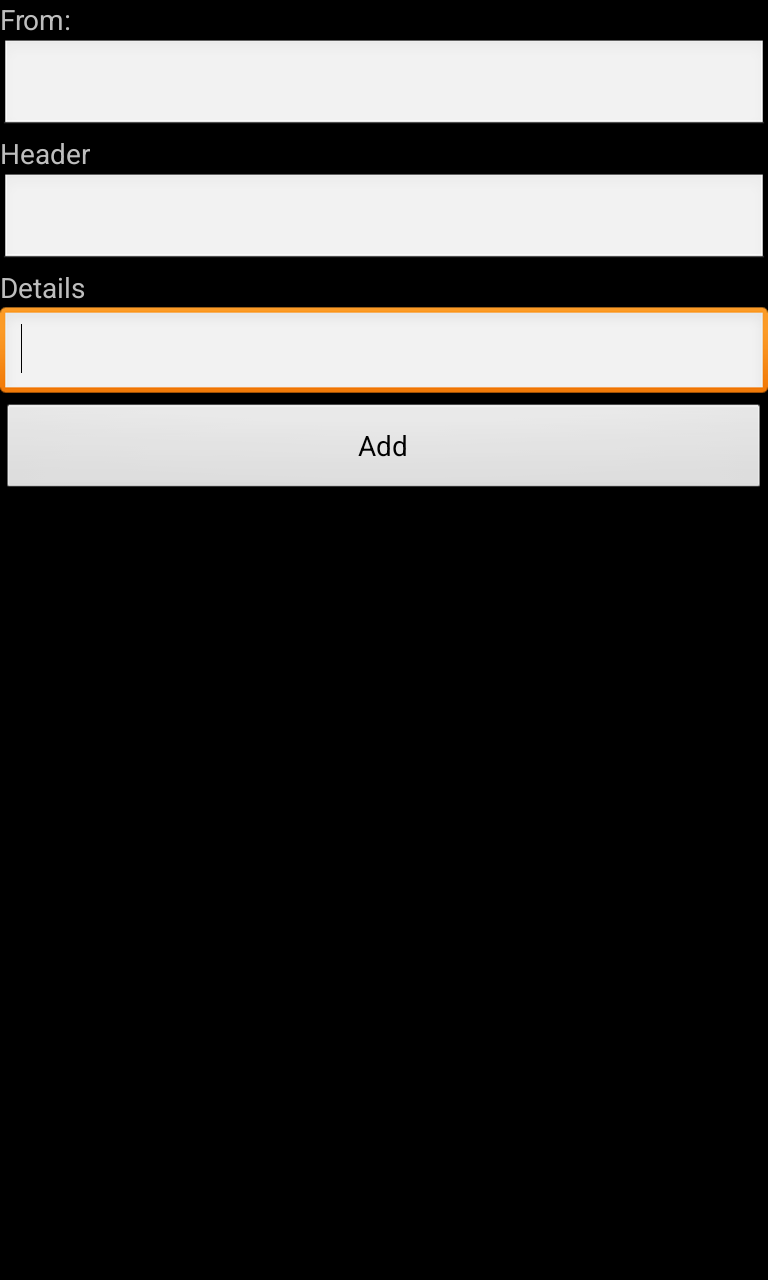
Repository: lcbasu/android
Layout: adt/M Notice/res/layout/detailed_admin.xml
These files come from the project's save history. The layout is drawn as it stood at one moment and after the next save; the edit follows.
It is drawn on a 768 x 1280 px phone screen (xhdpi) without system bars, with theme android:Theme; the app's code is not run.

Above is the layout before, as saved 2014-05-02 09:23:54.

After the next save:
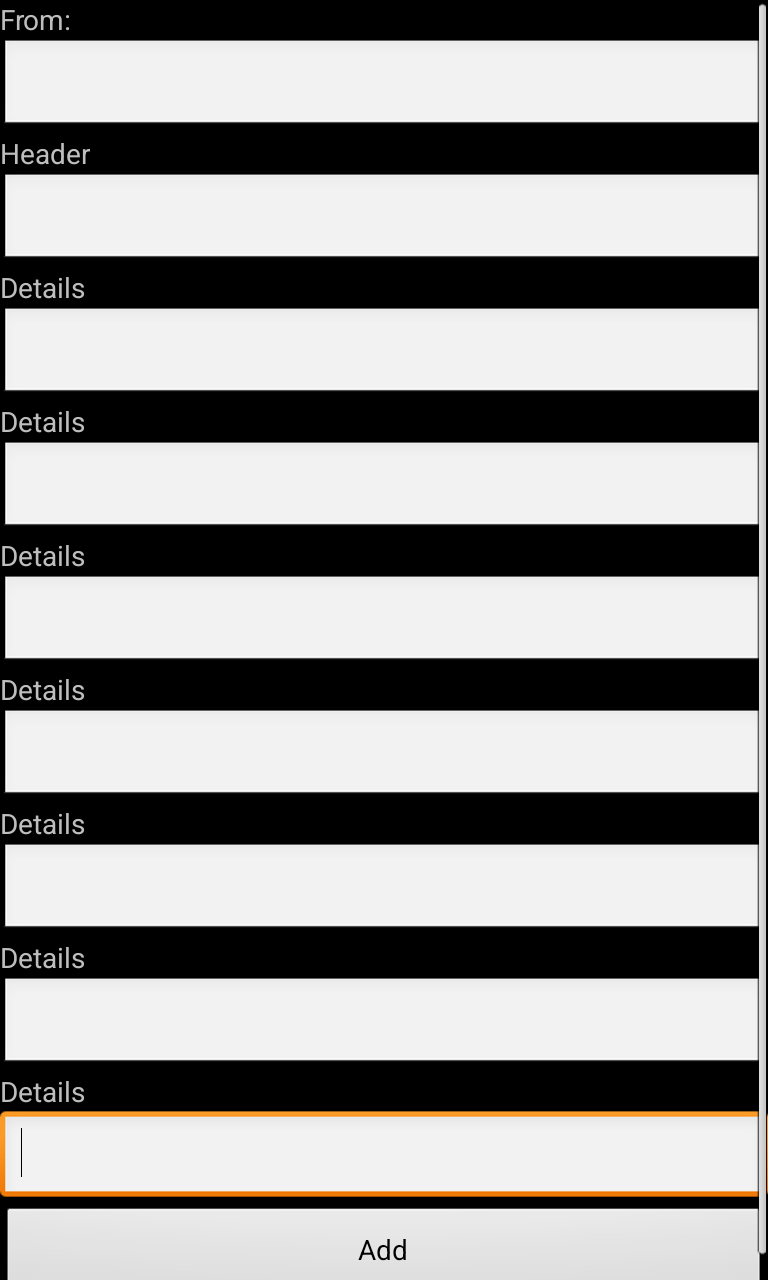
Saved 25 s later.
--- a/adt/M Notice/res/layout/detailed_admin.xml
+++ b/adt/M Notice/res/layout/detailed_admin.xml
@@ -55,6 +55,111 @@
         <requestFocus />
     </EditText>
 
+        <TextView
+        android:id="@+id/detail"
+        android:layout_width="wrap_content"
+        android:layout_height="wrap_content"
+        android:text="Details" />
+
+    <EditText
+        android:id="@+id/editDetail"
+        android:layout_width="match_parent"
+        android:layout_height="wrap_content"
+        android:ems="10"
+        android:inputType="textMultiLine" >
+
+        <requestFocus />
+    </EditText>
+
+
+        <TextView
+        android:id="@+id/detail"
+        android:layout_width="wrap_content"
+        android:layout_height="wrap_content"
+        android:text="Details" />
+
+    <EditText
+        android:id="@+id/editDetail"
+        android:layout_width="match_parent"
+        android:layout_height="wrap_content"
+        android:ems="10"
+        android:inputType="textMultiLine" >
+
+        <requestFocus />
+    </EditText>
+
+
+        <TextView
+        android:id="@+id/detail"
+        android:layout_width="wrap_content"
+        android:layout_height="wrap_content"
+        android:text="Details" />
+
+    <EditText
+        android:id="@+id/editDetail"
+        android:layout_width="match_parent"
+        android:layout_height="wrap_content"
+        android:ems="10"
+        android:inputType="textMultiLine" >
+
+        <requestFocus />
+    </EditText>
+
+
+
+        <TextView
+        android:id="@+id/detail"
+        android:layout_width="wrap_content"
+        android:layout_height="wrap_content"
+        android:text="Details" />
+
+    <EditText
+        android:id="@+id/editDetail"
+        android:layout_width="match_parent"
+        android:layout_height="wrap_content"
+        android:ems="10"
+        android:inputType="textMultiLine" >
+
+        <requestFocus />
+    </EditText>
+
+
+        <TextView
+        android:id="@+id/detail"
+        android:layout_width="wrap_content"
+        android:layout_height="wrap_content"
+        android:text="Details" />
+
+    <EditText
+        android:id="@+id/editDetail"
+        android:layout_width="match_parent"
+        android:layout_height="wrap_content"
+        android:ems="10"
+        android:inputType="textMultiLine" >
+
+        <requestFocus />
+    </EditText>
+
+
+
+        <TextView
+        android:id="@+id/detail"
+        android:layout_width="wrap_content"
+        android:layout_height="wrap_content"
+        android:text="Details" />
+
+    <EditText
+        android:id="@+id/editDetail"
+        android:layout_width="match_parent"
+        android:layout_height="wrap_content"
+        android:ems="10"
+        android:inputType="textMultiLine" >
+
+        <requestFocus />
+    </EditText>
+
+
+
     <Button
         android:id="@+id/button1"
         android:layout_width="match_parent"
